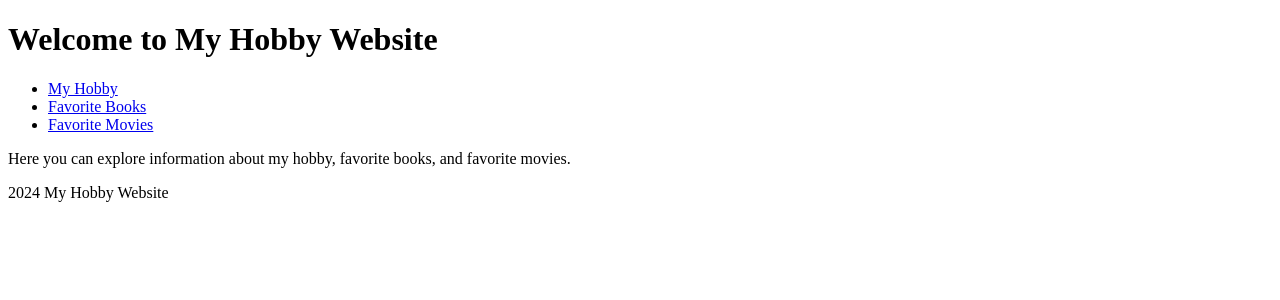
Repository: DaryaSarycheva/Hobbies
Page: index.html
The author's editor kept a copy of each file at every save. The page is drawn from the files as they stood at one save, then again after the next save.
The browser window is 1280 px wide. The pictures show the whole page.

Above is the page before, as saved 2024-05-08 07:50:00.

### index.html
<!DOCTYPE html>
<html lang="en">
<head>
    <meta charset="UTF-8">
    <meta name="viewport" content="width=device-width, initial-scale=1.0">
    <title>My Hobby Website</title>
</head>
<body>
    <header>
        <h1>Welcome to My Hobby Website</h1>
    </header>

    <nav>
        <ul>
            <li><a href="hobby.html">My Hobby</a></li>
            <li><a href="favorite_books.html">Favorite Books</a></li>
            <li><a href="favorite_movies.html">Favorite Movies</a></li>
        </ul>
    </nav>

    <main>
        <p>Here you can explore information about my hobby, favorite books, and favorite movies.</p>
    </main>

    <footer>
        <p> 2024 My Hobby Website</p>
    </footer>
</body>
</html>

After the next save:
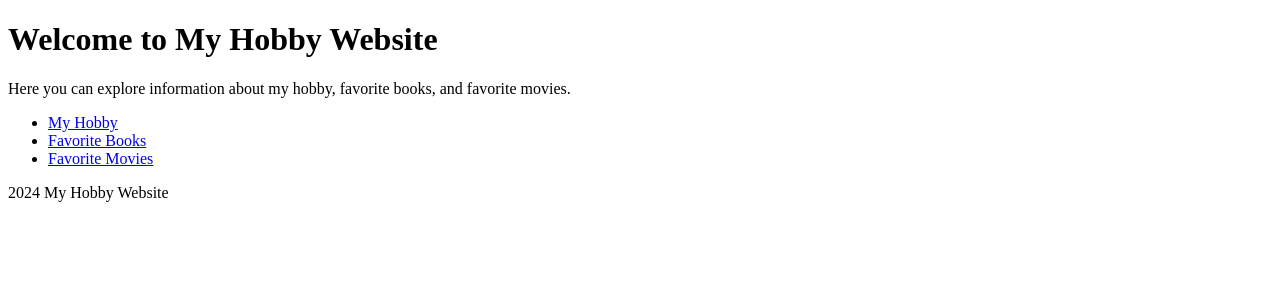
Saved 35 s later.
--- a/index.html
+++ b/index.html
@@ -9,7 +9,9 @@
     <header>
         <h1>Welcome to My Hobby Website</h1>
     </header>
-
+    <main>
+        <p>Here you can explore information about my hobby, favorite books, and favorite movies.</p>
+    </main>
     <nav>
         <ul>
             <li><a href="hobby.html">My Hobby</a></li>
@@ -18,10 +20,6 @@
         </ul>
     </nav>
 
-    <main>
-        <p>Here you can explore information about my hobby, favorite books, and favorite movies.</p>
-    </main>
-
     <footer>
         <p> 2024 My Hobby Website</p>
     </footer>
